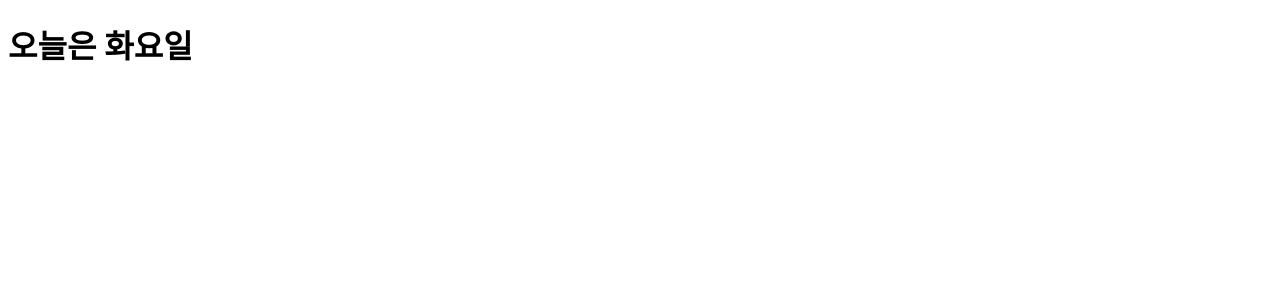
Repository: Shinhan1/shinhan
Page: http://localhost/web_goott/w20200324/jQueryEx07.jsp
The author's editor kept a copy of each file at every save. The page is drawn from the files as they stood at one save, then again after the next save.
The browser window is 1280 px wide. The pictures show the whole page.
The page is served by Tomcat 9.

Above is the page before, as saved 2020-03-24 00:58:02.

### web_goott/WebContent/w20200324/jQueryEx07.jsp
<%@ page language="java" contentType="text/html; charset=UTF-8"
    pageEncoding="UTF-8"%>
<!DOCTYPE html>
<html>
<head>
<meta charset="UTF-8">
<title>jQueryEx07.jsp</title>
<script src="https://ajax.googleapis.com/ajax/libs/jquery/3.4.1/jquery.min.js"></script>
<script type="text/javascript">

	/* $(document).ready(function(){}); */
	// jquery 버전업이 되면 deprecated 되는 것 확인해 볼 것 ex) $(document).ready

	$(function(){
		$('h1').click(function(){
			//console.log("click");

			var length = $('h1').length;


		});	// h1 click end
	});

</script>
</head>
<body>
	<div id="div1">
		<h1>오늘은 화요일</h1>
	</div>

	<div id="div2">

	</div>


</body>
</html>

After the next save:
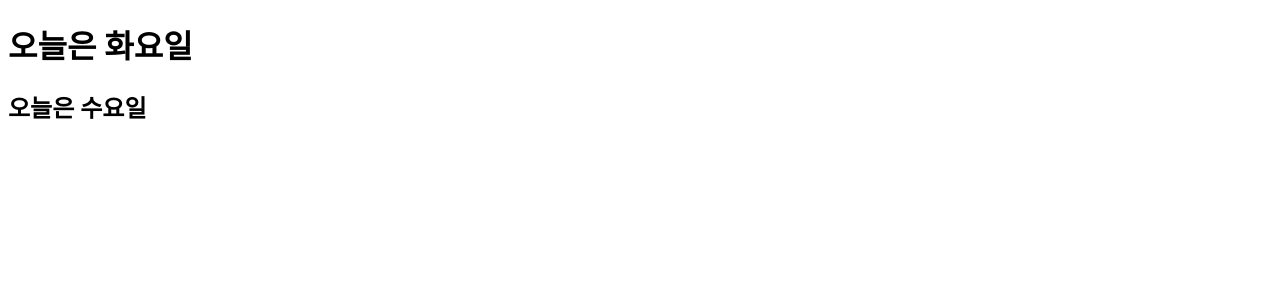
Saved 34 s later.
--- a/web_goott/WebContent/w20200324/jQueryEx07.jsp
+++ b/web_goott/WebContent/w20200324/jQueryEx07.jsp
@@ -29,7 +29,7 @@
 	</div>
 
 	<div id="div2">
-
+		<h2>오늘은 수요일</h2>
 	</div>
 
 
